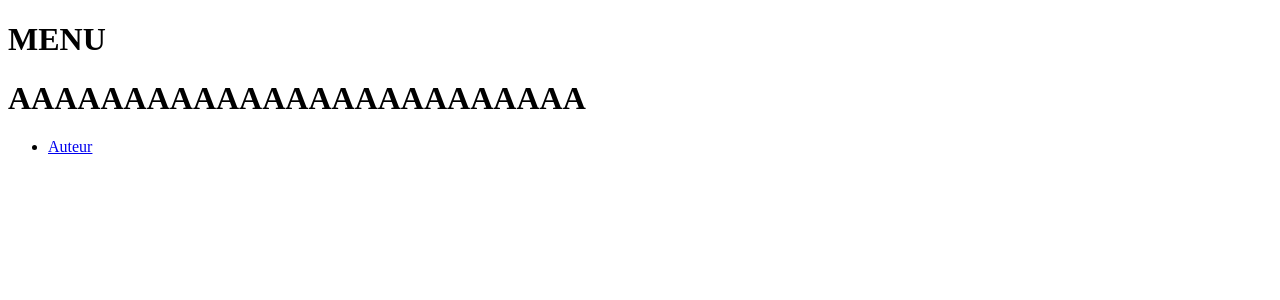
Repository: ThomasMTNB/EclipseJSP-JEE-JSTL
Page: http://localhost/JEEProjetBiblioTP/
These files come from the project's save history. The page is drawn as it stood at one moment and after the next save; the edit follows.
The browser window is 1280 px wide. The pictures show the whole page.
The page is served by Tomcat 9.

Above is the page before, as saved 2022-06-29 14:25:39.

After the next save:
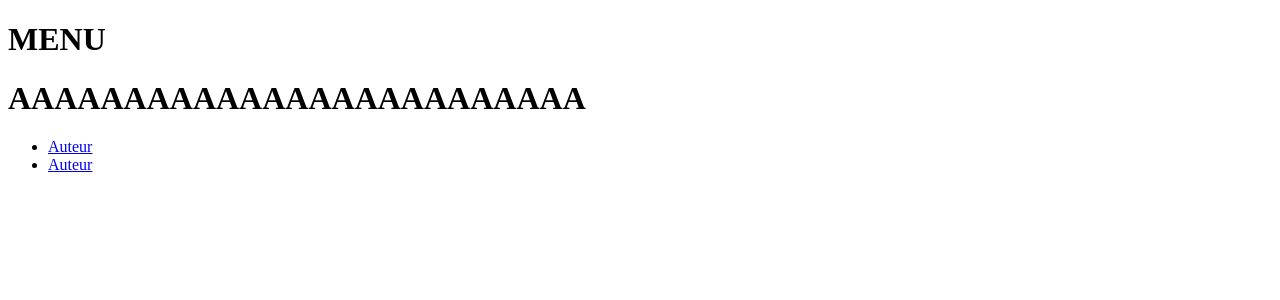
Saved 116 s later.
--- a/JEEProjetBiblioTP/src/main/webapp/WEB-INF/menu.jsp
+++ b/JEEProjetBiblioTP/src/main/webapp/WEB-INF/menu.jsp
@@ -7,8 +7,11 @@
 
 
 <h1>AAAAAAAAAAAAAAAAAAAAAAAAA</h1>
+
 <ul>
 
+
+<li><a href="<c:url value="/" />">Auteur</a></li>
 <li><a href="<c:url value="/ListA" />">Auteur</a></li>
 
 </ul>
